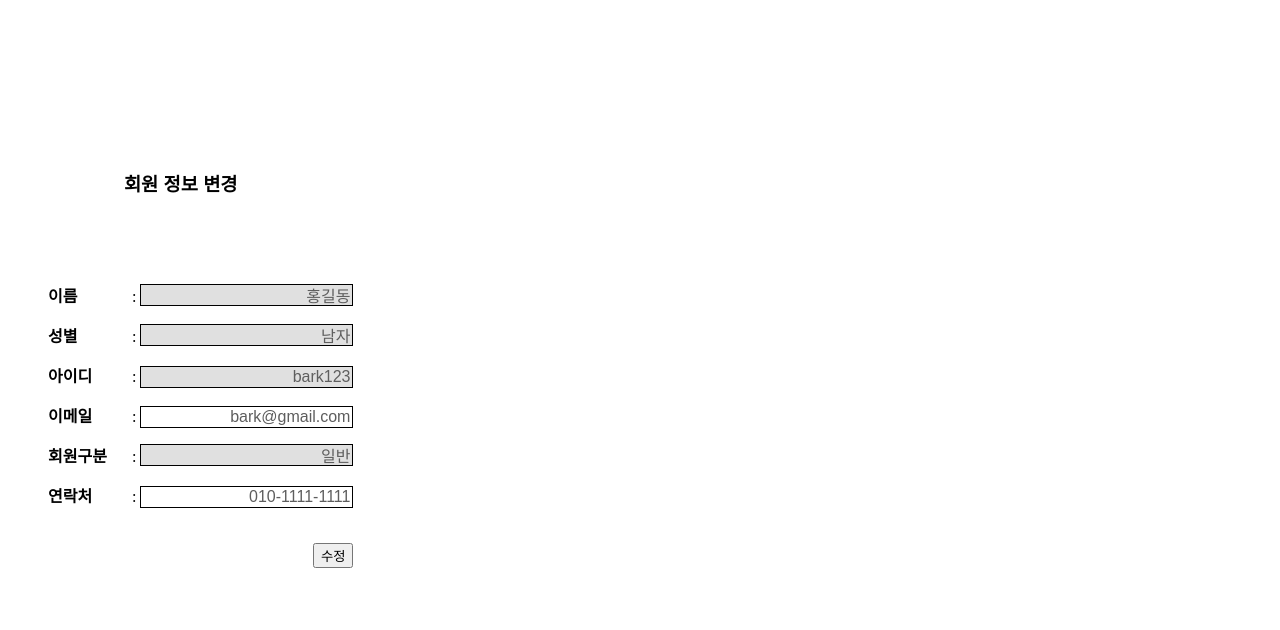
Repository: jngwk/Project-Bark
Page: http://localhost/Bark/include/memberInfo.jsp
An editor plug-in stored every save of this project. The page is shown before and after the next save, followed by the edit.
The browser window is 1280 px wide. The pictures show the whole page.
The page is served by Tomcat 9. Other server files are loaded and not shown.

Above is the page before, as saved 2024-03-26 08:03:07.

### java_workspace/Bark/src/main/webapp/include/memberInfo.jsp
<%@ page language="java" contentType="text/html; charset=UTF-8"
    pageEncoding="UTF-8"%>
<!DOCTYPE html>
<html>
<head>
<meta charset="UTF-8">
<title>header</title>
<link rel="stylesheet" href="./css/memberInfo.css"/>
</head>
<!--  이름 성별 아이디 이메일 회원구분 연락처 연락처2-->
<body>
<div class="container">
	<h3 id="info_header">회원 정보 변경</h3>
		<div class = "main_info">
			<ul class = "infolist">
				<li><span class="label-text">이름</span> :
				<input class="profile" type="text" data-text-content="true"
				value="홍길동" readonly></li>

				<li><span class="label-text">성별</span> :
				<input class="profile" type="text" data-text-content="true"
				value="남자" readonly></li>

				<li><span class="label-text">아이디</span> :
				<input class="profile" type="text" data-text-content="true"
				value="bark123" readonly></li>

				<li><span class="label-text">이메일</span> :
				<input class="profile1" type="text" data-text-content="true"
				value="bark@gmail.com" ></li>

				<li><span class="label-text">회원구분</span> :
				<input class="profile" type="text" data-text-content="true"
				value="일반" readonly></li>

				<li><span class="label-text">연락처</span> :
				<input class="profile1" type="text" data-text-content="true"
				value="010-1111-1111" ></li>
				<li class="align-right">
				<input type="submit" value="수정" style="margin-left: 150px">
				</li>
			</ul>
		</div>
		</div>
</body>
</html>

### java_workspace/Bark/src/main/webapp/css/memberInfo.css
@charset "UTF-8";
.container{
	position: absolute;
	top: 150px;
}
#info_header{
    position:relative;
    height:50px;
    font-family: "Noto Sans KR", sans-serif;
	font-optical-sizing: auto;
	font-weight: bold;
	font-style: normal;
	text-align: center; /* 중앙 정렬 */
	padding-bottom: 30px;
}
input.profile[type="text"] {
    border: 1px solid black; /* 테두리 스타일 변경 */
    color: rgb(94, 94, 94);
	text-align: right;
	background-color: rgb(224, 224, 224);
	font-size: 16px;
}

input.profile[type="text"]:focus {
    outline: none; /* 클릭했을 때 테두리 스타일 변경 */
}
input.profile1[type="text"] {
    border: 1px solid black; /* 테두리 스타일 변경 */
    color: rgb(94, 94, 94);
	text-align: right;
	background-color: white;
	font-size: 16px;
}

input.profile1[type="text"]:focus {
    outline: none; /* 클릭했을 때 테두리 스타일 변경 */
}
ul {
    list-style-type: none; /* 불릿 제거 */
}
.label-text {
    display: inline-block;
    width: 80px; /* 고정 너비 설정 */
    font-size: 16px;
    padding-bottom: 16px;
    font-weight: 700;

}

.main_info {
    min-width:300px;
    display: flex;
    flex-direction: column;
    justify-content: center;
    align-items: center;
}
.infolist {
    align-items: center;
    justify-content: center;
}

.align-right {
    text-align: right;
    padding-top: 20px;
}

After the next save:
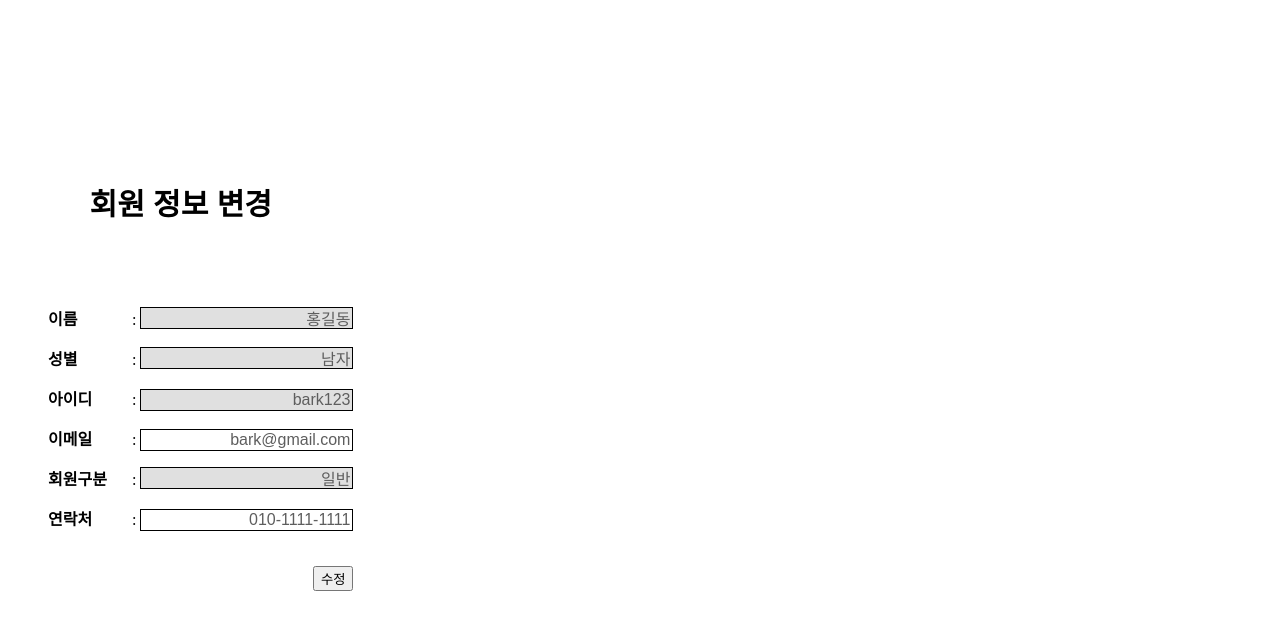
Saved 60 s later.
--- a/java_workspace/Bark/src/main/webapp/include/memberInfo.jsp
+++ b/java_workspace/Bark/src/main/webapp/include/memberInfo.jsp
@@ -10,7 +10,7 @@
 <!--  이름 성별 아이디 이메일 회원구분 연락처 연락처2-->
 <body>
 <div class="container">
-	<h3 id="info_header">회원 정보 변경</h3>
+	<h3 id="info_header" style="font-size: 30px;">회원 정보 변경</h3>
 		<div class = "main_info">
 			<ul class = "infolist">
 				<li><span class="label-text">이름</span> :
